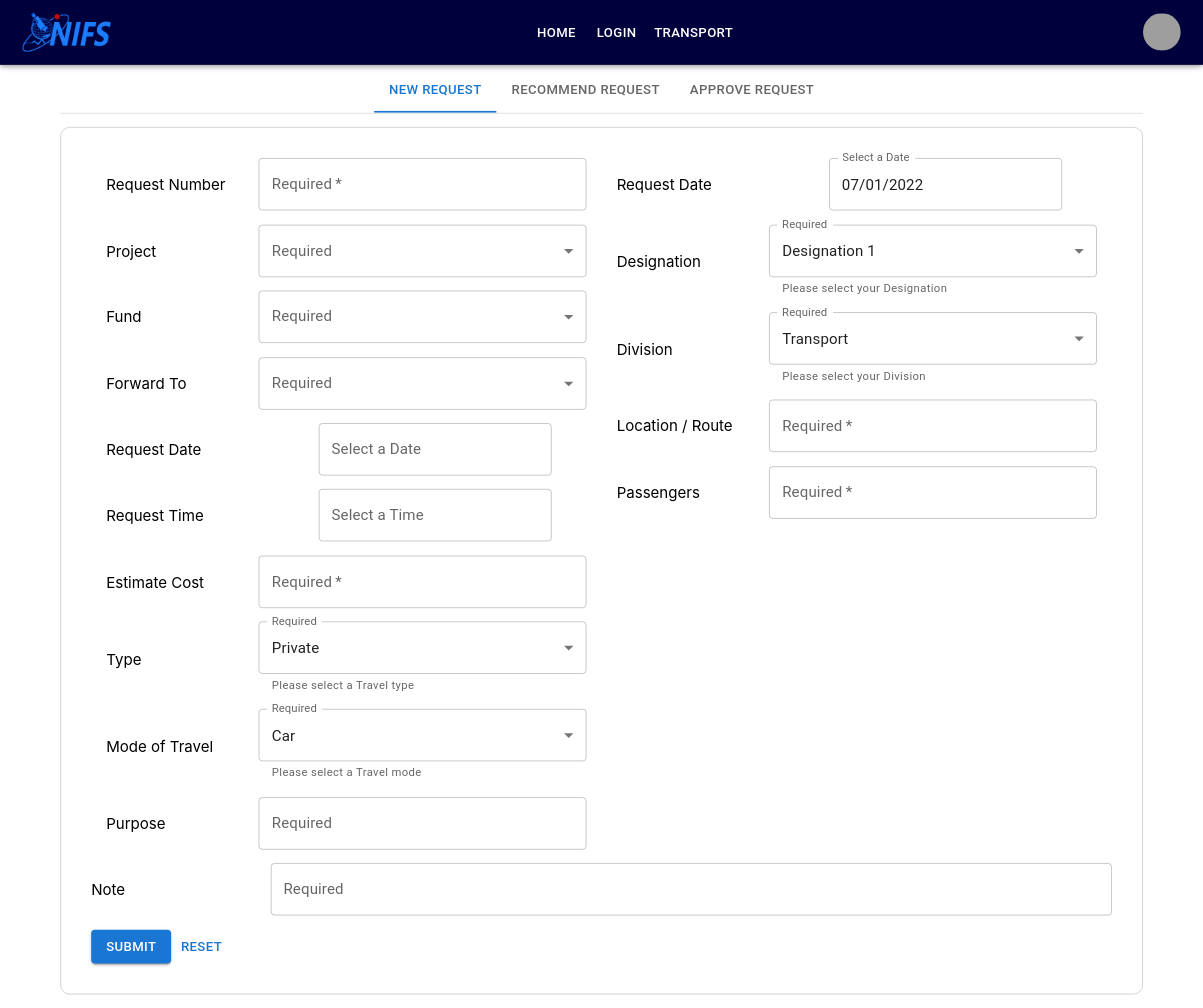
Repository: Ravindu97/NIFS_WebApplication
Page: /transport (app in client/)
These files come from the project's save history. The page is drawn as it stood at one moment and after the next save; the edit follows.
The browser window is 1280 px wide. The pictures show the whole page, at 94% of full size.
Pictures or frames that could not be fetched are drawn as grey boxes. The project was rebuilt for these pictures with package versions that can differ from the ones it lists, and the page was loaded fresh each time. Also part of the build but not shown: client/src/pages/Home.js, client/src/pages/Login.js, client/src/components/Transport/RecommendedRequest.js, client/src/components/Transport/ApproveRequest.js.

Above is the page before, as saved 2022-07-01 10:17:17.

### client/src/index.css
body {
  margin: 0;
  font-family: -apple-system, BlinkMacSystemFont, 'Segoe UI', 'Roboto', 'Oxygen',
    'Ubuntu', 'Cantarell', 'Fira Sans', 'Droid Sans', 'Helvetica Neue',
    sans-serif;
  -webkit-font-smoothing: antialiased;
  -moz-osx-font-smoothing: grayscale;
}

:root{
  --main-navbar-back: #00003c;

}


.nav-logo{
  width: 100px;
  height: auto;
}

/* main navbar */
.main-navbar{
  background-color: var(--main-navbar-back) !important;
}

/* secondary navbar */
.secondary-navbar{
  margin-top: 10vh !important;
  margin: auto;
}

/* body content */
.body-content{
  margin: auto;
  width: 90%;
  margin-top: 2vh;
}

/* -------------------css for form starts here */
/* form section means outsice the <form> tag */

.form-section{
  border: 1px solid #d2d2d2;
  border-radius: 10px;
  padding: 2rem;
  margin-bottom: 2vh;
}

/* input fields */
.input-fields{
  display: flex;
  align-items: center;
  margin-bottom: 2vh;
}

.input-fields label{
  margin-right: 2vw;
  width: 200px;
}

.form-left,.form-right{

  margin-left: 1em;
  margin-right: 1em;
}

/* -----------------css for form ends here */

### client/src/App.js
import * as React from 'react';
import { BrowserRouter as Router, Route, Routes } from 'react-router-dom';
import Navbar from './components/shared/Navbar';
import Home from './pages/Home';
import Login from './pages/Login';
import TransportMainPage from './pages/TransportMainPage';

function App() {
	return (
		<div>
			<Router>
				<Navbar />
				<Routes>
					<Route exact path="/" element={<Home />} />
					<Route exact path="/login" element={<Login />} />
					<Route exact path="/transport/*" element={<TransportMainPage />} />
				</Routes>
			</Router>
		</div>
	);
}

export default App;

### client/src/components/shared/Navbar.js
import * as React from 'react';
import AppBar from '@mui/material/AppBar';
import Box from '@mui/material/Box';
import Toolbar from '@mui/material/Toolbar';
import IconButton from '@mui/material/IconButton';
import Typography from '@mui/material/Typography';
import Menu from '@mui/material/Menu';
import MenuIcon from '@mui/icons-material/Menu';
import Container from '@mui/material/Container';
import Avatar from '@mui/material/Avatar';
import Button from '@mui/material/Button';
import Tooltip from '@mui/material/Tooltip';
import MenuItem from '@mui/material/MenuItem';
import { Link } from 'react-router-dom';
import Logo from '../../images/nifs_logo.png';

const Navbar = () => {
	const pages = [
		{
			id: 0,
			title: 'Home',
			link: '/',
		},
		{
			id: 1,
			title: 'Login',
			link: '/login',
		},
		{
			id: 2,
			title: 'Transport',
			link: '/transport',
		},
	];

	const settings = [
		{
			id: 0,
			title: 'Home',
			link: '/',
		},
		{
			id: 1,
			title: 'Login',
			link: '/login',
		},
		{
			id: 2,
			title: 'Transport',
			link: '/transport',
		},
	];

	const [anchorElNav, setAnchorElNav] = React.useState(null);
	const [anchorElUser, setAnchorElUser] = React.useState(null);

	const handleOpenNavMenu = (event) => {
		setAnchorElNav(event.currentTarget);
	};
	const handleOpenUserMenu = (event) => {
		setAnchorElUser(event.currentTarget);
	};

	const handleCloseNavMenu = () => {
		setAnchorElNav(null);
	};

	const handleCloseUserMenu = () => {
		setAnchorElUser(null);
	};

	return (
		<AppBar position="fixed" className="main-navbar">
			<Container maxWidth="xl">
				<Toolbar disableGutters>
					{/*Responsive view start here  */}
					<Box sx={{ display: { xs: 'none', md: 'flex' }, mr: 1 }}>
						<img src={Logo} alt="logo" className="nav-logo" />
					</Box>

					<Box sx={{ flexGrow: 1, display: { xs: 'flex', md: 'none' } }}>
						<IconButton
							size="large"
							aria-label="account of current user"
							aria-controls="menu-appbar"
							aria-haspopup="true"
							onClick={handleOpenNavMenu}
							color="inherit"
						>
							<MenuIcon />
						</IconButton>
						<Menu
							id="menu-appbar"
							anchorEl={anchorElNav}
							anchorOrigin={{
								vertical: 'bottom',
								horizontal: 'left',
							}}
							keepMounted
							transformOrigin={{
								vertical: 'top',
								horizontal: 'left',
							}}
							open={Boolean(anchorElNav)}
							onClose={handleCloseNavMenu}
							sx={{
								display: { xs: 'block', md: 'none' },
							}}
						>
							{pages &&
								pages.map((page) => (
									<MenuItem key={page.id} onClick={handleCloseNavMenu}>
										<Link to={page.link} style={{ textDecoration: 'none' }}>
											<Typography textAlign="center">{page.title}</Typography>
										</Link>
									</MenuItem>
								))}
						</Menu>
					</Box>
					{/* Responsive view ends here */}

					{/* Full width starts here */}
					<Box
						sx={{
							mr: 2,
							display: { xs: 'flex', md: 'none' },
							flexGrow: 1,
						}}
					>
						<img src={Logo} alt="logo" className="nav-logo" />
					</Box>

					<Box
						sx={{ flexGrow: 1, display: { xs: 'none', md: 'flex' } }}
						style={{ justifyContent: 'center' }}
					>
						{pages &&
							pages.map((page) => (
								<Link to={page.link} style={{ textDecoration: 'none' }}>
									<Button
										key={page.id}
										onClick={handleCloseNavMenu}
										sx={{ my: 2, color: 'white', display: 'block' }}
									>
										{page.title}
									</Button>
								</Link>
							))}
					</Box>

					{/* end of the navbar */}
					<Box sx={{ flexGrow: 0 }}>
						<Tooltip title="Open settings">
							<IconButton onClick={handleOpenUserMenu} sx={{ p: 0 }}>
								<Avatar
									alt="Remy Sharp"
									src="https://images.unsplash.com/photo-1566753323558-f4e0952af115?ixlib=rb-1.2.1&ixid=MnwxMjA3fDB8MHxzZWFyY2h8MXx8bWFsZXxlbnwwfHwwfHw%3D&w=1000&q=80"
								/>
							</IconButton>
						</Tooltip>
						<Menu
							sx={{ mt: '45px' }}
							id="menu-appbar"
							anchorEl={anchorElUser}
							anchorOrigin={{
								vertical: 'top',
								horizontal: 'right',
							}}
							keepMounted
							transformOrigin={{
								vertical: 'top',
								horizontal: 'right',
							}}
							open={Boolean(anchorElUser)}
							onClose={handleCloseUserMenu}
						>
							{settings.map((setting) => (
								<MenuItem key={setting.id} onClick={handleCloseUserMenu}>
									<Typography textAlign="center">{setting.title}</Typography>
								</MenuItem>
							))}
						</Menu>
					</Box>
				</Toolbar>
			</Container>
		</AppBar>
	);
};
export default Navbar;

### client/src/pages/TransportMainPage.js
import React from 'react';

import TransportNavbar from '../components/Transport/shared/TransportNavbar';
import { Route, Routes } from 'react-router-dom';
import NewRequest from '../components/Transport/NewRequest';
import RecommendedRequest from '../components/Transport/RecommendedRequest';
import ApproveRequest from '../components/Transport/ApproveRequest';

// transport main page where all other section of transport department can be access from here
function TransportMainPage() {
	return (
		<div>
			<TransportNavbar />
			<div className="body-content">
				<Routes>
					<Route exact path="/" element={<NewRequest />} />
					<Route exact path="/recommend" element={<RecommendedRequest />} />
					<Route exact path="/approve" element={<ApproveRequest />} />
				</Routes>
			</div>
		</div>
	);
}

export default TransportMainPage;

### client/src/components/Transport/shared/TransportNavbar.js
import * as React from 'react';
import Tabs from '@mui/material/Tabs';
import Tab from '@mui/material/Tab';
import Box from '@mui/material/Box';
import { Link, useLocation } from 'react-router-dom';

export default function TransportNavbar() {
	const location = useLocation();

	const pages = [
		{
			id: 0,
			title: 'New Request',
			link: '/transport',
		},
		{
			id: 1,
			title: 'Recommend Request',
			link: '/transport/recommend',
		},
		{
			id: 2,
			title: 'Approve Request',
			link: '/transport/approve',
		},
	];

	return (
		<Box sx={{ width: '90%' }} className="secondary-navbar">
			<Box sx={{ borderBottom: 1, borderColor: 'divider' }}>
				<Tabs value={location.pathname} centered>
					{pages &&
						pages.map((page) => (
							<Tab
								key={page.id}
								label={page.title}
								value={page.link}
								component={Link}
								to={page.link}
							/>
						))}
				</Tabs>
			</Box>
		</Box>
	);
}

### client/src/components/Transport/NewRequest.js
import {
	Button,
	TextField,
	Select,
	InputLabel,
	MenuItem,
	FormControl,
} from '@mui/material';
import React, { useState } from 'react';
import { useForm } from 'react-hook-form';
import Box from '@mui/material/Box';
// import datepicker
import { AdapterDateFns } from '@mui/x-date-pickers/AdapterDateFns';
import { LocalizationProvider } from '@mui/x-date-pickers/LocalizationProvider';
import { DatePicker } from '@mui/x-date-pickers/DatePicker';
import { TimePicker } from '@mui/x-date-pickers/TimePicker';
import { StaticTimePicker } from '@mui/x-date-pickers/StaticTimePicker';
// sample data files start here
import Projects from './shared/sampleData/Project.json';
import Funds from './shared/sampleData/Fund.json';
import ForwardedTo from './shared/sampleData/ForwardedTo.json';
import Divisions from './shared/sampleData/Division.json';
import Designations from './shared/sampleData/Designation.json';

// sample data files ends here

function NewRequest() {
	// date set to be stored
	const { register, handleSubmit, reset } = useForm();

	const [project, setProjects] = useState(Projects);
	const [fund, setFunds] = useState(Funds);
	const [forwardedTo, setForwardedTos] = useState(ForwardedTo);
	const [division, setDivisions] = useState(Divisions);
	const [designation, setDesignations] = useState(Designations);
	const [reqDate, setReqDate] = React.useState(null);
	const [reqTime, setReqTime] = React.useState(null);
	const [today, setToday] = React.useState(new Date());

	const initialSelector = Object.freeze({
		fundType: '',
		forwardPerson: '',
		divisionName: '',
		designationName: '',
		project: '',
	});
	const [updateSelect, usetUpdateSelect] = useState(initialSelector);

	const handleSelector = (e) => {
		usetUpdateSelect({
			...updateSelect,
			[e.target.name]: e.target.value.trim(),
		});
	};

	const submitDetails = (data) => {
		console.log(data);
	};

	return (
		<div className="form-section">
			<form onSubmit={handleSubmit(submitDetails)}>
				<Box
					sx={{
						display: { xs: 'block', md: 'flex' },
						justifyContent: 'center',
					}}
				>
					{/* left section of the form */}

					<Box
						className="form-left"
						sx={{
							width: { xs: '90%', md: '50%' },
						}}
					>
						{/* Request number */}

						<Box className="input-fields">
							<label>Request Number</label>
							<TextField
								fullWidth
								required
								type="text"
								name="reqNo"
								id="outlined-basic"
								label="Required"
								variant="outlined"
								{...register('reqNo', { required: true })}
							/>
						</Box>

						{/* Select project */}

						<Box className="input-fields">
							<label>Project</label>
							<FormControl fullWidth>
								<InputLabel id="demo-simple-select-label">Required</InputLabel>
								<Select
									fullWidth
									labelId="demo-simple-select-label"
									id="demo-simple-select"
									label="Required"
									required
									name="project"
									onChange={handleSelector}
									value={initialSelector.project}
									{...register('project', { required: true })}
								>
									<MenuItem value="">
										<em>Select a project</em>
									</MenuItem>
									{project.map((option) => (
										<MenuItem key={option.id} value={option.value}>
											{option.value}
										</MenuItem>
									))}
								</Select>
							</FormControl>
						</Box>

						{/* Select Fund */}

						<Box className="input-fields">
							<label>Fund</label>
							<FormControl fullWidth>
								<InputLabel id="demo-simple-select-label">Required</InputLabel>
								<Select
									fullWidth
									required
									labelId="demo-simple-select-label"
									id="demo-simple-select"
									label="Required"
									{...register('fund', { required: true })}
								>
									<MenuItem value="">
										<em>Select a project</em>
									</MenuItem>
									{fund.map((option) => (
										<MenuItem key={option.id} value={option.value}>
											{option.value}
										</MenuItem>
									))}
								</Select>
							</FormControl>
						</Box>

						{/* Select Forward */}

						<Box className="input-fields">
							<label>Forward To</label>

							<FormControl fullWidth>
								<InputLabel id="demo-simple-select-label">Required</InputLabel>
								<Select
									fullWidth
									required
									labelId="demo-simple-select-label"
									id="demo-simple-select"
									label="Required"
									{...register('forwardTo', { required: true })}
								>
									<MenuItem value="">
										<em>Select a project</em>
									</MenuItem>
									{forwardedTo.map((option) => (
										<MenuItem key={option.id} value={option.value}>
											{option.value}
										</MenuItem>
									))}
								</Select>
							</FormControl>
						</Box>

						{/* date picker */}

						<Box className="input-fields">
							<LocalizationProvider dateAdapter={AdapterDateFns}>
								<label>Request Date</label>
								<DatePicker
									label="Select a Date"
									value={reqDate}
									{...register('requestDate', { required: true })}
									onChange={(newValue) => {
										setReqDate(newValue);
									}}
									renderInput={(params) => <TextField {...params} />}
								/>
							</LocalizationProvider>
						</Box>

						{/* Time picker */}

						<Box className="input-fields">
							<LocalizationProvider dateAdapter={AdapterDateFns}>
								<label>Request Time</label>
								<TimePicker
									label="Select a Time"
									value={reqTime}
									{...register('requestTime', { required: true })}
									onChange={(newValue) => {
										setReqTime(newValue);
									}}
									renderInput={(params) => <TextField {...params} />}
								/>
							</LocalizationProvider>
						</Box>

						{/* cost */}

						<Box className="input-fields">
							<label>Estimate Cost</label>
							<TextField
								fullWidth
								required
								type="text"
								name="estimateCost"
								id="outlined-basic"
								label="Required"
								variant="outlined"
								{...register('estimateCost', { required: true })}
							/>
						</Box>

						{/* travel type */}

						<Box className="input-fields">
							<label>Type</label>
							<TextField
								fullWidth
								id="outlined-select-forward-native"
								select
								label="Required"
								name="travelType"
								{...register('travelType', { required: true })}
								SelectProps={{
									native: true,
								}}
								helperText="Please select a Travel type"
							>
								<option value="private">Private</option>
								<option value="official">Official</option>
							</TextField>
						</Box>

						{/* Travel mode */}

						<Box className="input-fields">
							<label>Mode of Travel</label>
							<TextField
								fullWidth
								id="outlined-select-forward-native"
								select
								label="Required"
								name="travelMode"
								{...register('travelMode', { required: true })}
								SelectProps={{
									native: true,
								}}
								helperText="Please select a Travel mode"
							>
								<option value="car">Car</option>
								<option value="van">Van</option>
								<option value="cab">Cab</option>
							</TextField>
						</Box>

						{/* purpose */}

						<Box className="input-fields">
							<label>Purpose</label>
							<TextField
								fullWidth
								id="outlined-textarea"
								label="Required"
								name="purpose"
								{...register('purpose', { required: true })}
								SelectProps={{
									native: true,
								}}
								multiline
							/>
						</Box>
					</Box>

					{/* right section of the form */}

					<Box
						className="form-right"
						sx={{
							width: { xs: '90%', md: '50%' },
						}}
					>
						{/* today date picker */}

						<Box className="input-fields">
							<LocalizationProvider dateAdapter={AdapterDateFns}>
								<label>Request Date</label>
								<DatePicker
									label="Select a Date"
									value={today}
									{...register('requestDate', { required: true })}
									onChange={(newValue) => {
										setToday(newValue);
									}}
									renderInput={(params) => <TextField {...params} />}
								/>
							</LocalizationProvider>
						</Box>

						{/* designations */}

						<Box className="input-fields">
							<label>Designation</label>
							<TextField
								fullWidth
								id="outlined-select-forward-native"
								select
								label="Required"
								name="designation"
								{...register('designation', { required: true })}
								SelectProps={{
									native: true,
								}}
								helperText="Please select your Designation"
							>
								{designation.map((option) => (
									<option key={option.id} value={option.value}>
										{option.value}
									</option>
								))}
							</TextField>
						</Box>

						{/* division */}

						<Box className="input-fields">
							<label>Division</label>
							<TextField
								fullWidth
								id="outlined-select-forward-native"
								select
								label="Required"
								name="division"
								{...register('division', { required: true })}
								SelectProps={{
									native: true,
								}}
								helperText="Please select your Division"
							>
								{division.map((option) => (
									<option key={option.id} value={option.value}>
										{option.value}
									</option>
								))}
							</TextField>
						</Box>

						{/* HOD */}

						{/* Location / route */}

						<Box className="input-fields">
							<label>Location / Route</label>
							<TextField
								fullWidth
								required
								type="text"
								name="route"
								id="outlined-basic"
								label="Required"
								variant="outlined"
								{...register('route', { required: true })}
							/>
						</Box>

						{/* Location / route */}

						<Box className="input-fields">
							<label>Passengers</label>
							<TextField
								fullWidth
								required
								type="text"
								name="passengers"
								id="outlined-basic"
								label="Required"
								variant="outlined"
								{...register('passengers', { required: true })}
							/>
						</Box>
					</Box>
				</Box>

				{/* Note */}

				<Box sx={{ justifyContent: 'center' }}>
					<Box className="input-fields">
						<label>Note</label>
						<TextField
							fullWidth
							id="outlined-textarea"
							label="Required"
							name="note"
							{...register('note', { required: true })}
							SelectProps={{
								native: true,
							}}
							multiline
						/>
					</Box>
				</Box>

				{/* submit button */}

				<Box>
					<Button type="submit" variant="contained">
						Submit
					</Button>

					{/* reset the form */}

					<Button
						type="button"
						onClick={() => {
							reset({
								reqNo: '',
								project: '',
								fund: '',
								forwardTo: '',
								requestDate: '',
								requestTime: '',
								estimateCost: '',
								travelType: '',
								travelMode: '',
								purpose: '',
								note: '',
								employee: '',
								designation: '',
								date: '',
								division: '',
								HOD: '',
								route: '',
								passengers: '',
							});
						}}
					>
						Reset
					</Button>
				</Box>
			</form>
		</div>
	);
}

export default NewRequest;

### client/src/components/Transport/shared/sampleData/Project.json
[
    {
        "id": 0,
        "value": "Kandy tunnel"
    },
    {
        "id": 1,
        "value": "Moragahakanda project"
    },
    {
        "id": 2,
        "value": "Gin nilwala project"
    },
    {
        "id": 3,
        "value": "Samanala wewa projecct"
    },
    {
        "id": 4,
        "value": "Data visualization"
    }
]

### client/src/components/Transport/shared/sampleData/Fund.json
[
    {
        "id": 0,
        "value": "Stock market"
    },
    {
        "id": 1,
        "value": "BOC bank"
    },
    {
        "id": 2,
        "value": "Savings"
    },
    {
        "id": 3,
        "value": "Ticketing"
    },
    {
        "id": 4,
        "value": "Car wash"
    }
]

### client/src/components/Transport/shared/sampleData/ForwardedTo.json
[
    {
        "id": 0,
        "value": "Mr. Kamal"
    },
    {
        "id": 1,
        "value": "Mr. Sunil"
    },
    {
        "id": 2,
        "value": "Mr. Kusal"
    },
    {
        "id": 3,
        "value": "Mrs. Nayana"
    },
    {
        "id": 4,
        "value": "Miss Rashmi"
    }
]

### client/src/components/Transport/shared/sampleData/Division.json
[
    {
        "id": 0,
        "value": "Transport"
    },
    {
        "id": 1,
        "value": "Financial"
    },
    {
        "id": 2,
        "value": "Computer"
    },
    {
        "id": 3,
        "value": "Admin"
    },
    {
        "id": 4,
        "value": "Director"
    }
]

### client/src/components/Transport/shared/sampleData/Designation.json
[
    {
        "id": 0,
        "value": "Designation 1"
    },
    {
        "id": 1,
        "value": "Designation 2"
    },
    {
        "id": 2,
        "value": "Designation 3"
    },
    {
        "id": 3,
        "value": "Designation 4"
    },
    {
        "id": 4,
        "value": "Designation 5"
    }
]

Loaded but not shown: client/src/index.js (common file); client/src/reportWebVitals.js (common file)

After the next save:
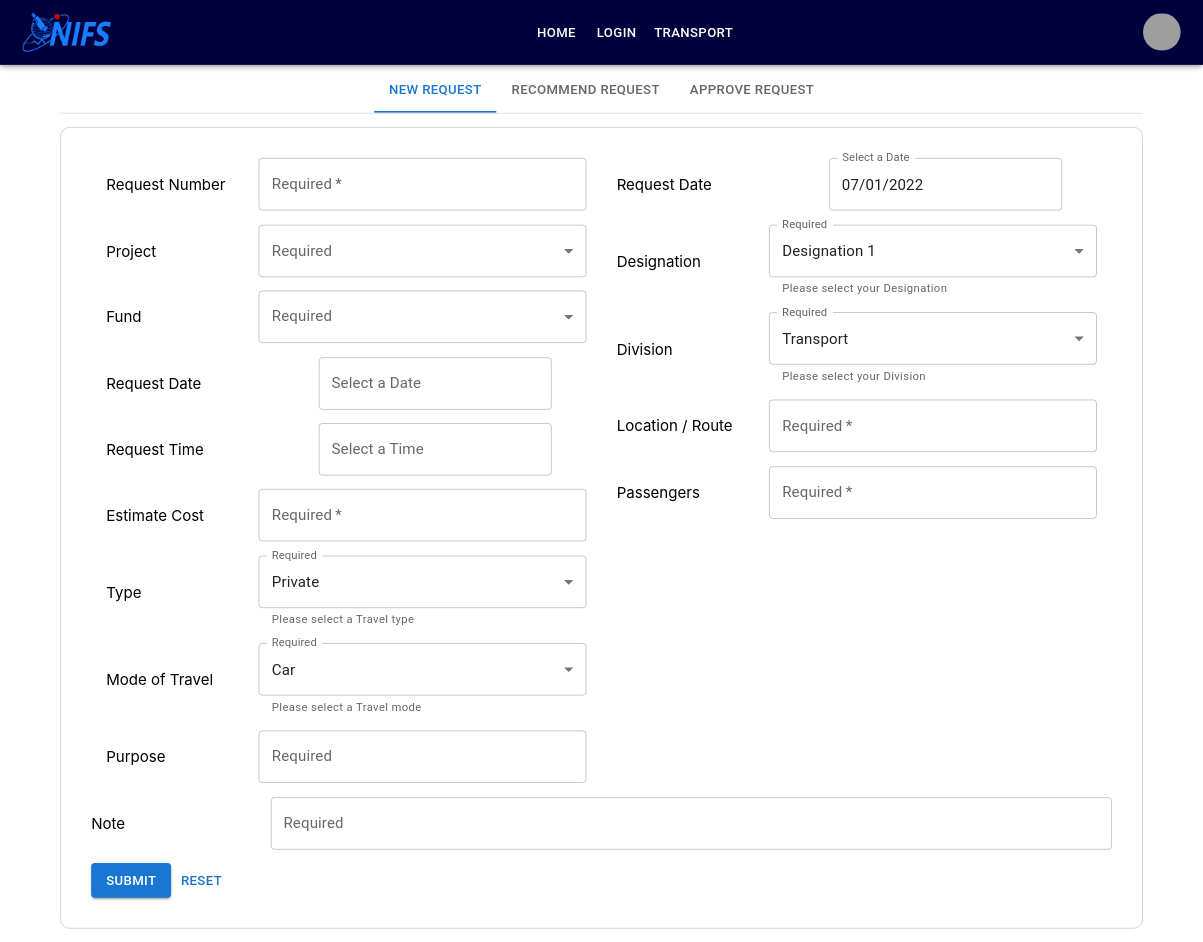
Saved 67 s later.
--- a/client/src/components/Transport/NewRequest.js
+++ b/client/src/components/Transport/NewRequest.js
@@ -147,7 +147,7 @@ function NewRequest() {
 
 						{/* Select Forward */}
 
-						<Box className="input-fields">
+						{/* <Box className="input-fields">
 							<label>Forward To</label>
 
 							<FormControl fullWidth>
@@ -170,7 +170,7 @@ function NewRequest() {
 									))}
 								</Select>
 							</FormControl>
-						</Box>
+						</Box> */}
 
 						{/* date picker */}
 
